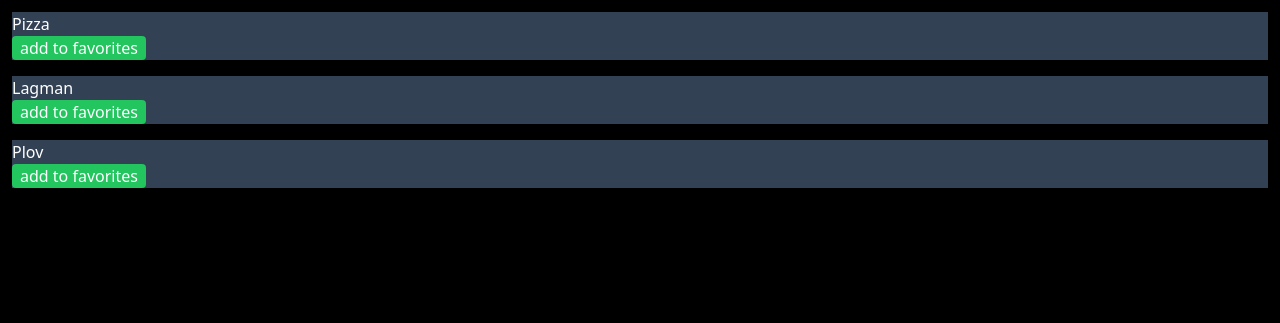
Repository: Nurlan-Bakenbaev/redux-tools
Page: /
An editor plug-in stored every save of this project. The page is shown before and after the next save, followed by the edit.
The browser window is 1280 px wide. The pictures show the whole page.
The project was rebuilt for these pictures with package versions that can differ from the ones it lists, and the page was loaded fresh each time. Also part of the build but not shown: vite.config.js.

Above is the page before, as saved 2023-10-22 22:14:39.

### src/App.jsx
import RicipeItem from "./RicipeItem";

function App() {
  return (
    <>
      <div className="flex flex-col gap-4 p-3">
        <RicipeItem recipe={{ id: 1, name: "Pizza" }} />
        <RicipeItem recipe={{ id: 2, name: "Lagman" }} />
        <RicipeItem recipe={{ id: 3, name: "Plov" }} />
      </div>
    </>
  );
}

export default App;

### src/index.css
@tailwind base;
@tailwind components;
@tailwind utilities;

body {
  background: black;
  color: white;
}

### src/store/store.js
import { configureStore } from "@reduxjs/toolkit"
import {reducer} from "../features/favoritesSlice"


 export const store = configureStore({
  reducer: {reducer},

});

### src/RicipeItem.jsx
import React from "react";

const RicipeItem = ({ recipe }) => {
  return (
    <div className="bg-slate-700 ">
      <div>{recipe.name}</div>
      <button className="px-2 bg-green-500 rounded"> add to favorites</button>
    </div>
  );
};

export default RicipeItem;

### src/features/favoritesSlice.js
import { createSlice } from "@reduxjs/toolkit";


const initialState = [];
export const favoritesSlice = createSlice({
  name: "favorites",
  initialState,
  reducers: {
    toggleFavorites: (state, { payload: recipe }) => {
      const isExits = state.some((r) => r.id === recipe.id);
      if (isExits) {
        state = state.filter((r) => r.id !== recipe.id);
      }
      state.push(recipe);
    },
  },
});
export const {action,reducer} = favoritesSlice

Loaded but not shown: index.html (common file); src/main.jsx (common file); tailwind.config.js (common file)

After the next save:
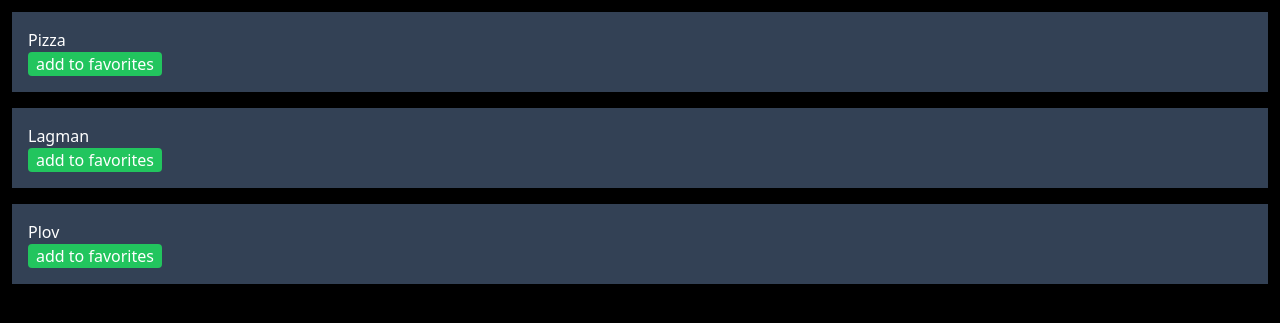
Saved 58 s later.
--- a/src/RicipeItem.jsx
+++ b/src/RicipeItem.jsx
@@ -2,7 +2,7 @@ import React from "react";
 
 const RicipeItem = ({ recipe }) => {
   return (
-    <div className="bg-slate-700 ">
+    <div className="bg-slate-700 p-4 ">
       <div>{recipe.name}</div>
       <button className="px-2 bg-green-500 rounded"> add to favorites</button>
     </div>
